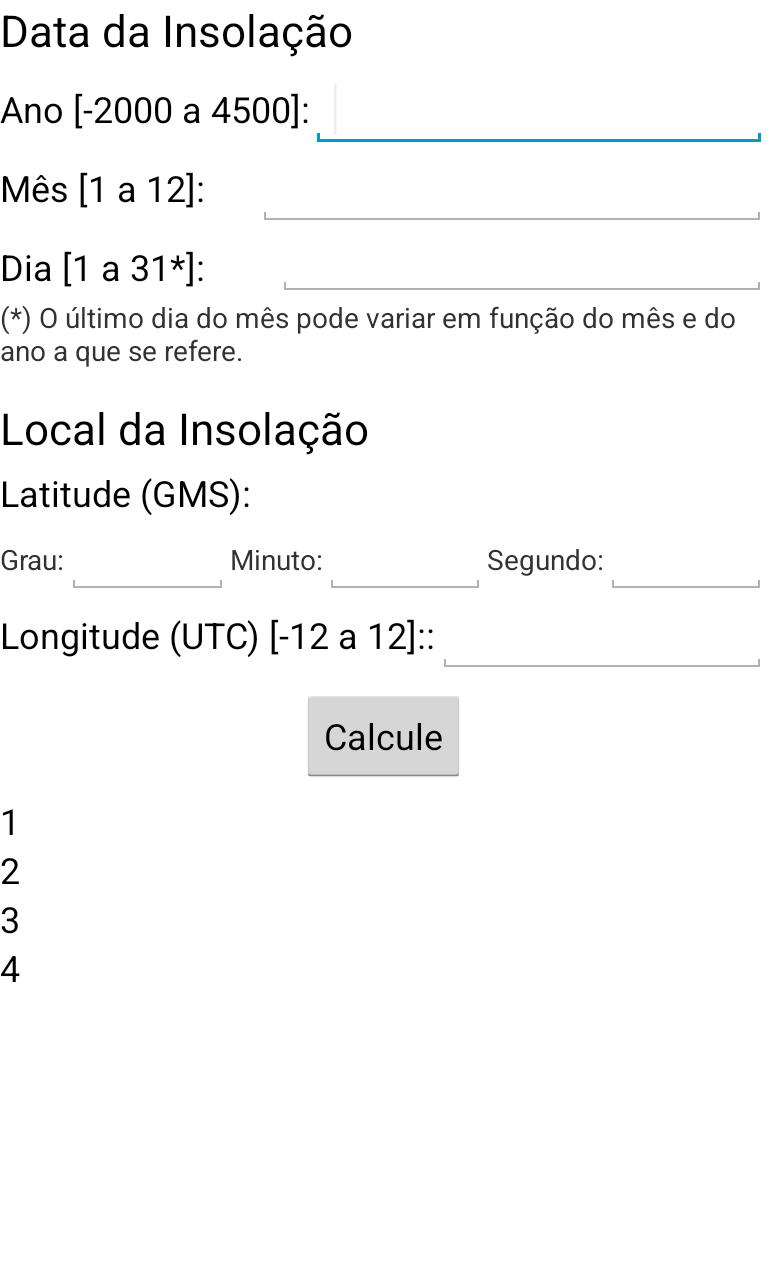
Repository: sergioPereiraBR/insolacao_terrestre
Layout: projeto/source code/InsolacaoTerrestre/res/layout/activity_insolacao_terrestre.xml
An editor plug-in stored every save of this project. The layout is shown before and after the next save, followed by the edit.
It is drawn on a 768 x 1280 px phone screen (xhdpi) without system bars, with theme AppTheme; the app's code is not run.

Above is the layout before, as saved 2016-11-23 20:04:04.

After the next save:
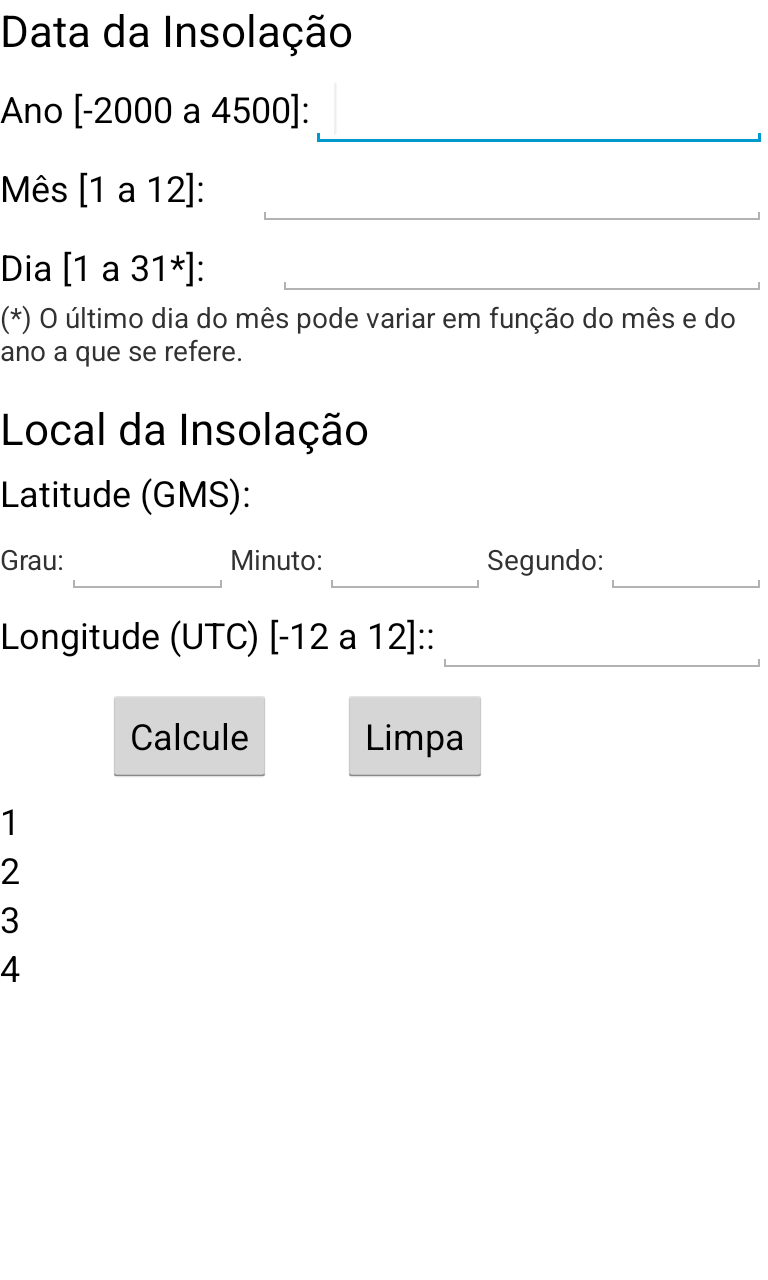
Saved 18 min 23 s later.
--- a/projeto/source code/InsolacaoTerrestre/res/layout/activity_insolacao_terrestre.xml
+++ b/projeto/source code/InsolacaoTerrestre/res/layout/activity_insolacao_terrestre.xml
@@ -214,9 +214,20 @@
                 android:id="@+id/button1"
                 android:layout_width="wrap_content"
                 android:layout_height="wrap_content"
-                android:layout_centerHorizontal="true"
+                android:layout_alignParentLeft="true"
                 android:layout_centerVertical="true"
+                android:layout_marginLeft="53dp"
                 android:text="Calcule" />
+
+            <Button
+                android:id="@+id/button2"
+                android:layout_width="wrap_content"
+                android:layout_height="wrap_content"
+                android:layout_alignBaseline="@+id/button1"
+                android:layout_alignBottom="@+id/button1"
+                android:layout_marginLeft="34dp"
+                android:layout_toRightOf="@+id/button1"
+                android:text="Limpa" />
 
         </RelativeLayout>
 
